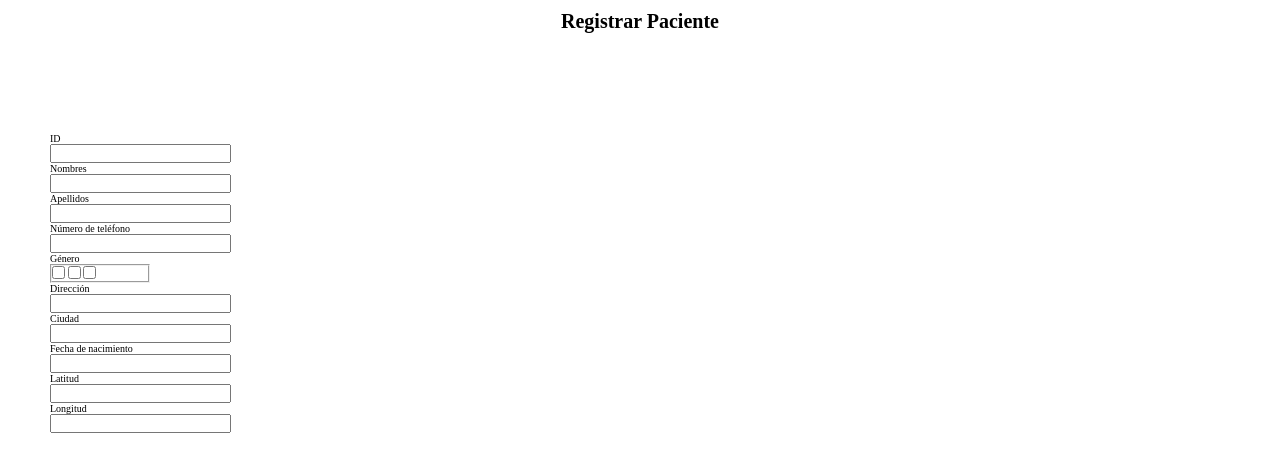
Repository: alexvl06/HospiEnCasa
Page: HospiEnCasa.App/HospiEnCasa.App.Frontend/pacientForm.html
An editor plug-in stored every save of this project. The page is shown before and after a run of saves, followed by the edit.
The browser window is 1280 px wide. The pictures show the whole page.

Above is the page before, as saved 2022-07-05 16:43:19.

After the next 2 saves:
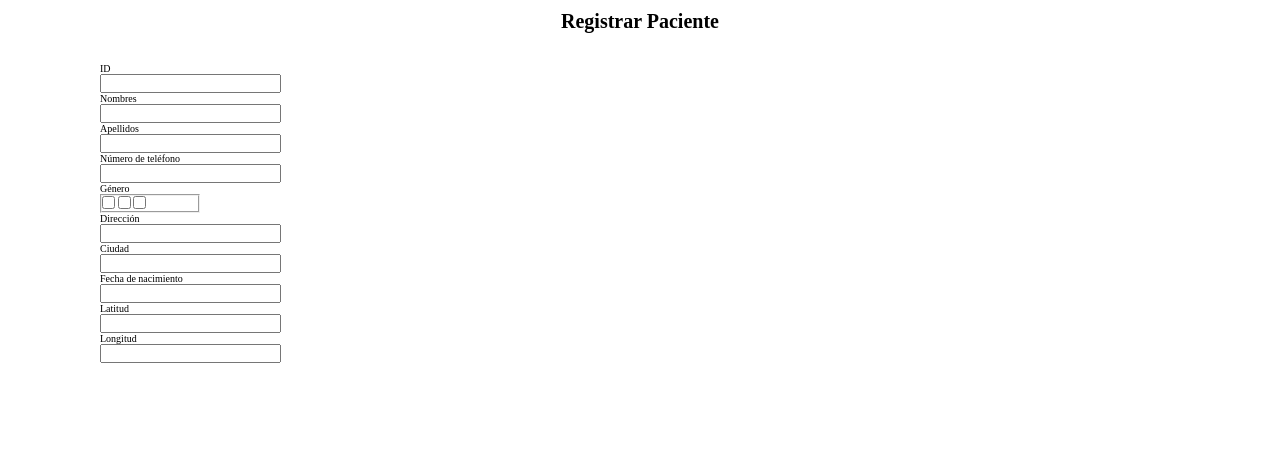
The 2 saves are shown as one change because they came seconds apart.
The last was saved 9 s later.
--- a/HospiEnCasa.App/HospiEnCasa.App.Frontend/style.css
+++ b/HospiEnCasa.App/HospiEnCasa.App.Frontend/style.css
@@ -18,6 +18,6 @@ form{
   display: flex;
   flex-direction: column;
   width: 10rem;
-  margin: 10rem 5rem;
+  margin: 3rem 10rem;
 
 }
